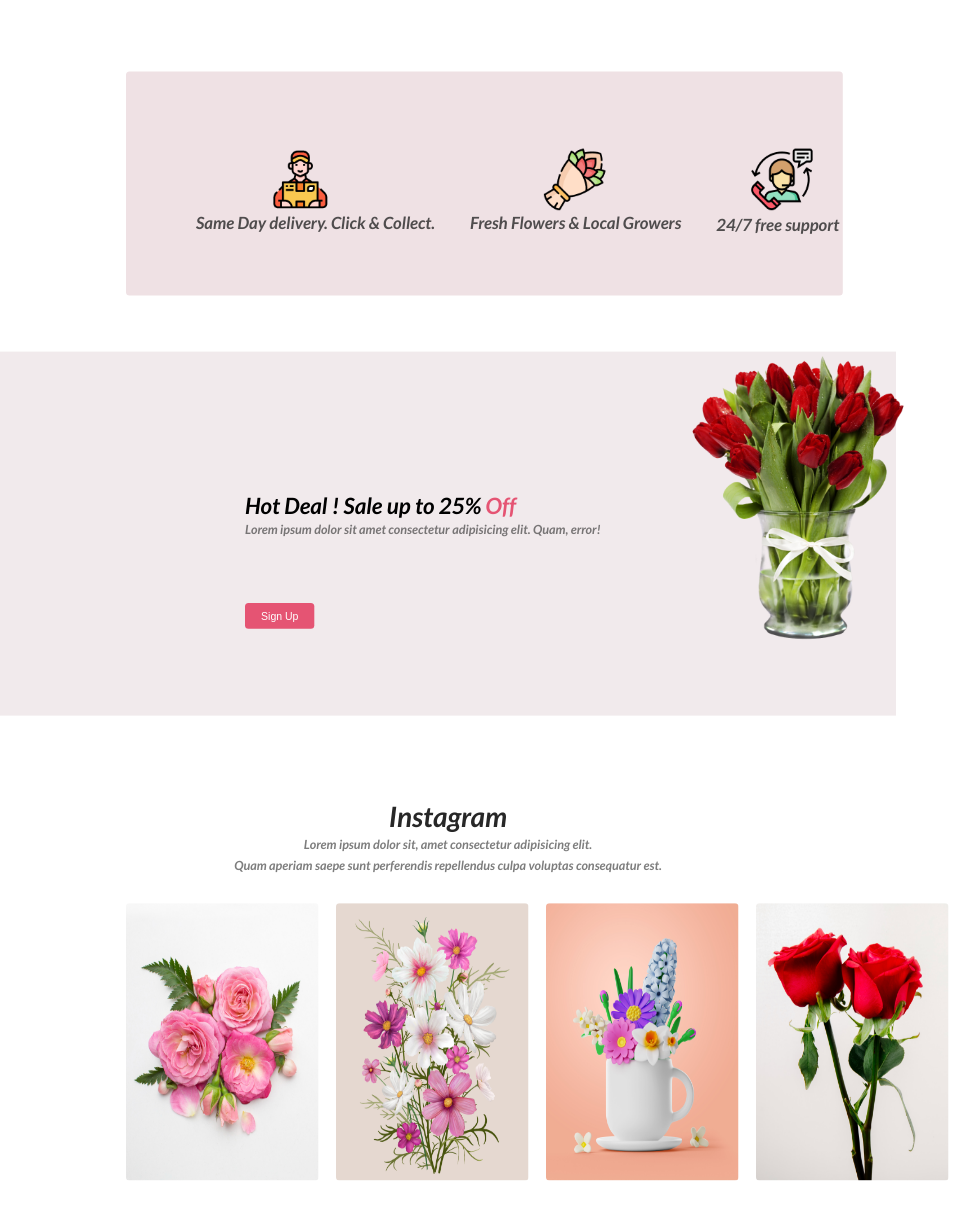
Repository: AnitaAkter/anita-flower-shop
Page: index.html
The author's editor kept a copy of each file at every save. The page is drawn from the files as they stood at one save, then again after a run of saves.
The browser window is 1280 px wide. The page is 1393 px wide, so the pictures cover 1393 px, including what lies to the right of the window. The pictures show the part of the page from y = 1685 to 3445 px (the page is 3766 px tall), at 70% of full size.

Above is the page before, as saved 2023-09-06 20:21:22.

### index.html
<!DOCTYPE html>
<html lang="en">

<head>
    <meta charset="UTF-8">
    <meta http-equiv="X-UA-Compatible" content="IE=edge">
    <meta name="viewport" content="width=device-width, initial-scale=1.0">
    <title>Anita's Flower Shop</title>
    <link rel="preconnect" href="https://fonts.googleapis.com">
    <link rel="preconnect" href="https://fonts.gstatic.com" crossorigin>
    <link href="https://fonts.googleapis.com/css2?family=Lato:ital,wght@1,700&display=swap" rel="stylesheet">
    <link rel="stylesheet" href="style.css">
</head>

<body>
    <div>
        <!-- /* Header -section start */ -->
        <header>
            <div class="header-intro">
                <h1>Let's make <br> beautiful Flowers a <br>part of your Life.</h1>
                <div class="header-p">
                    <p>Lorem ipsum dolor sit amet consectetur adipisicing elit. Vitae fugit dolorum deleniti, quae ea
                        error
                        iste rerum mollitia animi architecto. Distinctio voluptates doloribus commodi ipsum unde facere
                        assumenda corrupti cum!</p>
                </div>
                <button class="header-btn">Shop Now</button>
            </div>
            <div class="header-pic">
                <img src="images/pngwing 6.png" alt="">
            </div>
        </header>
        <!-- /* Header -section end */ -->
        <main>
            <div class="flowers-info">
                <h3>Our Featured Flowers</h3>
                <p>Lorem ipsum dolor sit, amet consectetur adipisicing elit. <br>
                    Quam aperiam saepe sunt perferendis repellendus culpa voluptas consequatur est.
                </p>
            </div>
            <div class="flowers-add">
                <div class="flowers-img">
                    <div class="flowers">
                        <img src="images/pngwing 6.png" alt="">
                        <p> <u>Pink Flower Tree</u> </p>
                    </div>
                    <div class="flowers">
                        <img src="images/pngwing 5.png" alt="">
                        <p><u>Pink Flower Tree</u></p>
                    </div>
                    <div class="flowers">
                        <img src="images/pngwing 7.png" alt="">
                        <p><u>Pink Flower Tree</u></p>
                    </div>

                </div>
            </div>






            <!-- Delivery section start -->
            <div class="delivery">
                <div class="delivery-img">
                    <div class="d-img">
                        <img src="images/Group 57.png" alt="">
                        <p>Same Day delivery. Click & Collect.</p>
                    </div>
                    <div class="d-img">
                        <img src="images/Group 58.png" alt="">
                        <p>Fresh Flowers & Local Growers</p>
                    </div>
                    <div>
                        <img src="images/Group 59.png" alt="">
                        <p>24/7 free support</p>
                    </div>
                </div>
            </div>
            <!-- Delivery section end -->

            <div class="add-sec">
                <div class="add-info">
                    <h1>Hot Deal ! Sale up to 25% <span class="text-primary">Off</span></h1>
                    <p class="header-p">Lorem ipsum dolor sit amet consectetur adipisicing elit. Quam, error!</p>
                    <button class="add-btn">Sign Up</button>
                </div>
                <div>
                    <img src="images/pngwing 8.png" alt="">
                </div>
            </div>
















            <div class="flowers-info">
                <h3>Instagram</h3>
                <p>Lorem ipsum dolor sit, amet consectetur adipisicing elit. <br>
                    Quam aperiam saepe sunt perferendis repellendus culpa voluptas consequatur est.
                </p>
            </div>
            <div class="insta-img">
                <img src="images/Flower 01.png" alt="">
                <img src="images/Rectangle 4.png" alt="">
                <img src="images/Rectangle 5.png" alt="">
                <img src="images/Rectangle 6.png" alt="">
            </div>
        </main>
        <footer>
            <div class="footer-column">
                <div class="footer-title">
                    <h2 class="f">Get the latest Deals</h2>
                    <p>$30 coupon for first shopping</p>
                </div>
                <div class="form">
                    <form action=""><input class="input-form" type="text" placeholder="       Enter Your email Here">
                    </form>
                    <button class="header-btn">Subscribe</button>
                </div>

            </div>
        </footer>

    </div>
</body>

</html>

### style.css
/* Header -section start */

* {
    margin: 0;
    padding: 0;
    box-sizing: border-box;
}

body {
    font-family: 'Lato', sans-serif;
    font-weight: 900;
    width: 100%;
}

header {
    display: flex;
    background-color: hsl(342, 34%, 89%);
    width: 100%;
    height: 800px;
}

.header-intro {
    margin-top: 80px;
    margin-left: 50px;
    width: 708px;
    height: 506px;


}

.header-intro h1 {
    color: #272727;
    text-shadow: 0px 4px 4px rgba(0, 0, 0, 0.25);
    font-family: Lato;
    font-size: 80px;
    font-style: normal;
    font-weight: 800;
    line-height: normal;
    width: 708px;
    height: 310px;


}

.header-p {
    color: rgba(39, 39, 39, 0.60);
    font-family: Lato;
    font-size: 18px;
    font-style: normal;
    font-weight: 400;
    line-height: 30px;
    width: 634px;
    height: 120px;
    gap: 32px;



    /* 166.667% */
}

.header-btn {
    background-color: #E55473;
    border-radius: 5px;
    border: none;
    color: white;
    font-size: 15px;
    display: inline-flex;
    padding: 20px 43px;
    align-items: flex-start;
    gap: 10px;

}

.header-pic {
    width: 635px;
    height: 800px;
    margin-bottom: 0%;
    margin-right: auto;

}


.header-pic img {
    width: 635px;
    height: 800px;
    margin-bottom: 0%;
}

/* Header -section end */



/* flowers info styles */
.flowers-info {
    margin-top: 120px;
}

.flowers-info h3 {
    color: #272727;
    text-align: center;
    font-family: Lato;
    font-size: 40px;
    font-style: normal;
    font-weight: 800;
    line-height: normal;
}

.flowers-info p {
    color: rgba(39, 39, 39, 0.60);
    text-align: center;
    font-family: Lato;
    font-size: 18px;
    font-style: normal;
    font-weight: 400;
    line-height: 30px;
    /* 166.667% */
}


.flowers-add {
    margin-top: 80px;
    align-items: center;
    margin-bottom: 200px;
    margin-left: 180px;
    margin-right: 140px;
    width: 80%;
    height: 480px;
    gap: 54px;


}

.flowers-img {
    display: flex;
    align-items: center;
    gap: 50px;
    width: 464px;
    height: 538px;



}

.flowers-img img {

    background-image: url('/images/Rectangle\ 3\ \(1\).png');
    background-position: center;
    border-radius: 300px 300px 0px 0px;
    background: rgba(139, 24, 81, 0.15);
    height: 408px;
    width: 464px;
}

.flowers-img p {
    color: rgba(0, 0, 0, 0.951);

    font-family: Lato;
    font-size: 24px;
    font-style: normal;
    font-weight: 600;
    line-height: 35px;
    margin-left: 133px;
}

.flowers {

    width: 310px;
    height: 428px;
    justify-content: space-between;
    gap: 40px;



}






/* delivery section start */
.delivery {
    margin-top: 100px;
    margin-left: 180px;
    margin-right: 140px;
    background-color: #efe1e4;
    display: flex;
    width: 80%;
    height: 320px;
    border-radius: 5px;
    padding: 30px;
}

.delivery-img p {
    color: rgba(39, 39, 39, 0.80);

    font-family: Lato;
    font-size: 24px;
    font-style: normal;
    font-weight: 600;
    line-height: 35px;
    margin-left: -50px;


}

.delivery-img {
    display: inline-flex;
    margin-top: 80px;
    margin-left: 120px;
    gap: 100px;
    height: 30px;
    align-content: center;
    position: absolute;

}

.d-img img {
    display: grid;
    justify-content: center;
    margin-left: 55px;

}

/* delivery section end */

.text-primary {
    color: #E55473;
}

.add-sec {
    margin-top: 80px;
    width: 100%;
    height: 520px;
    background-color: #f1eaec;
    display: flex;
}

.add-info {
    margin-top: 200px;
    margin-left: 350px;
}

.add-btn {
    background-color: #E55473;
    border-radius: 5px;
    border: none;
    color: white;
    font-size: 15px;
    display: inline-flex;
    padding: 10px 23px;
    align-items: flex-start;
    gap: 5px;
}




.insta-img {
    display: flex;
    margin-top: 40px;
    gap: 25px;
    margin-left: 180px;
    margin-right: 140px;
    height: 320px;
    width: 70%;
}

.insta-img img {
    width: 275px;
    height: 396px;
    border-radius: 5px;
}


.footer-column {
    background-image: url('images/Rectangle\ 9.png');
    margin-top: 150px;
    width: 80%;
    height: 320px;
    border-radius: 3px;
    margin-left: 180px;
    margin-right: 140px;
}



.footer-title {
    text-align: center;
    padding-top: 80px;
    align-items: center;

}



.footer-title p {
    color: rgb(91, 87, 87);
    padding-top: 10px;
}

.form {
    display: flex;
    margin-left: 287px;
    gap: 50px;
    padding-top: 40px;

}

.input-form {
    width: 550px;
    height: 60px;
    border-radius: 3px;
    border: none;
}

After the next 3 saves:
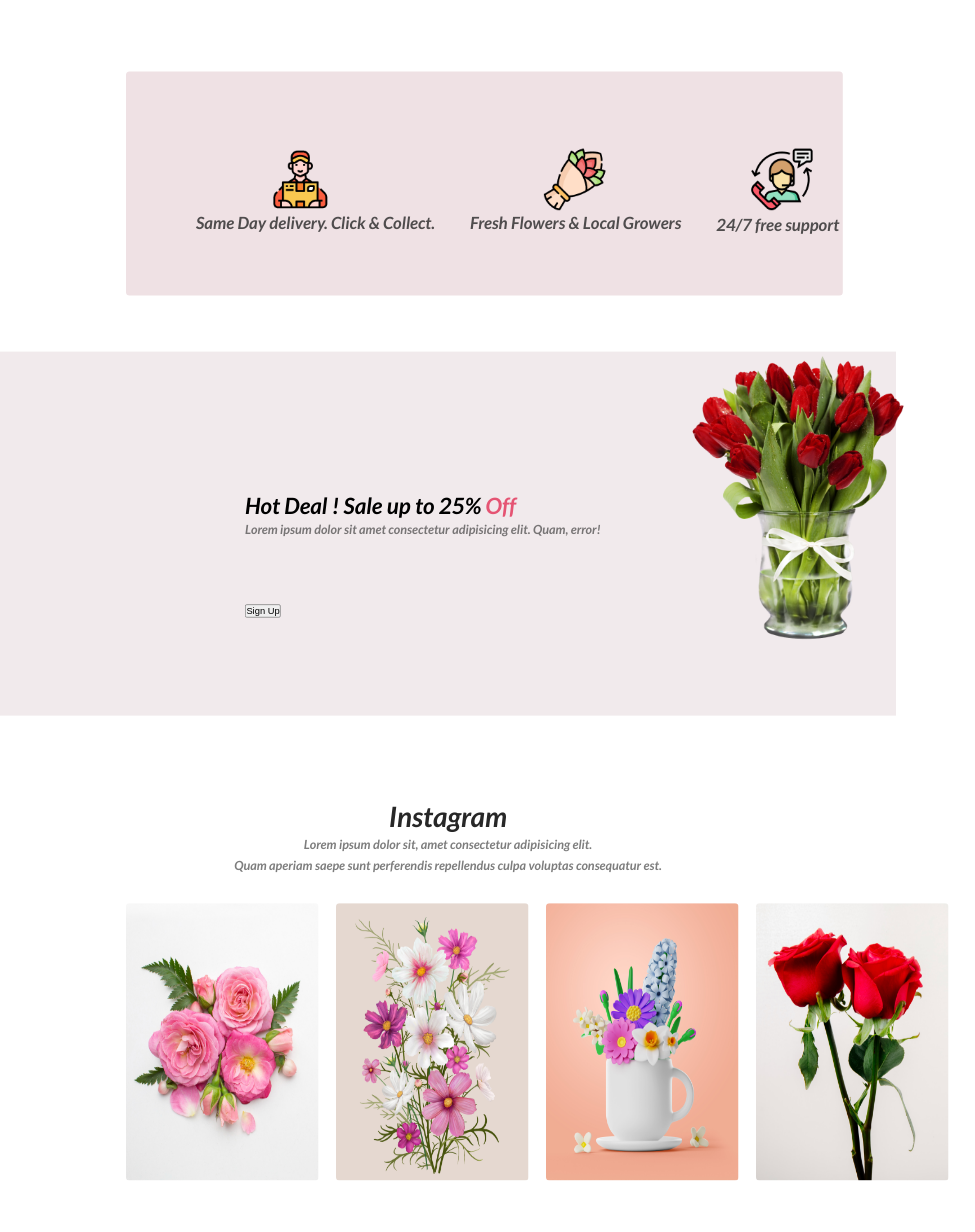
The 3 saves are shown as one change because they came seconds apart.
The last was saved 45 s later.
--- a/style.css
+++ b/style.css
@@ -241,6 +241,8 @@
     margin-left: 350px;
 }
 
+.add-info p
+
 .add-btn {
     background-color: #E55473;
     border-radius: 5px;

After the 2 saves that followed:
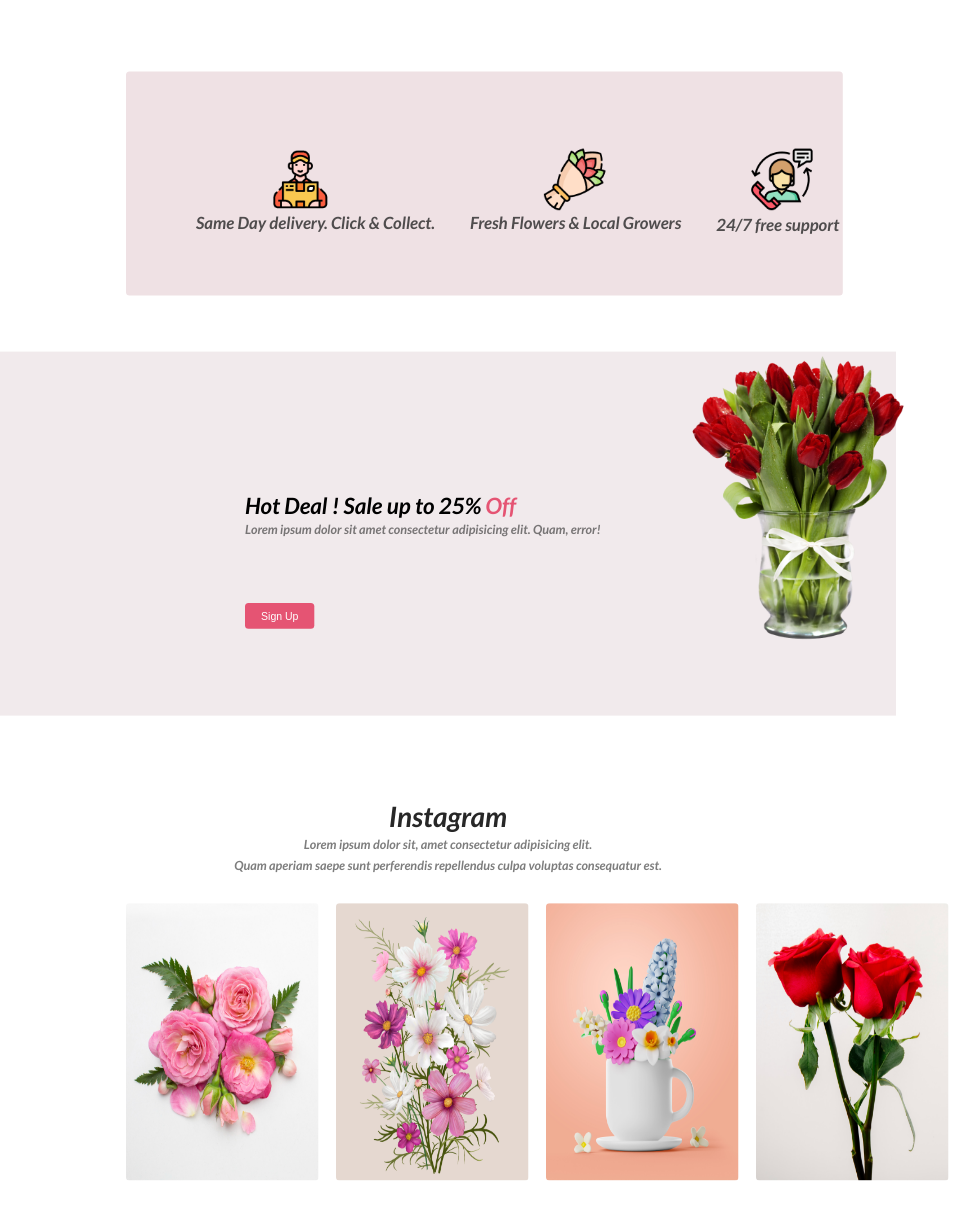
The 2 saves are shown as one change because they came seconds apart.
The last was saved 6 s later.
--- a/style.css
+++ b/style.css
@@ -241,7 +241,9 @@
     margin-left: 350px;
 }
 
-.add-info p
+.add-info p{
+    margin-left: ;
+}
 
 .add-btn {
     background-color: #E55473;
